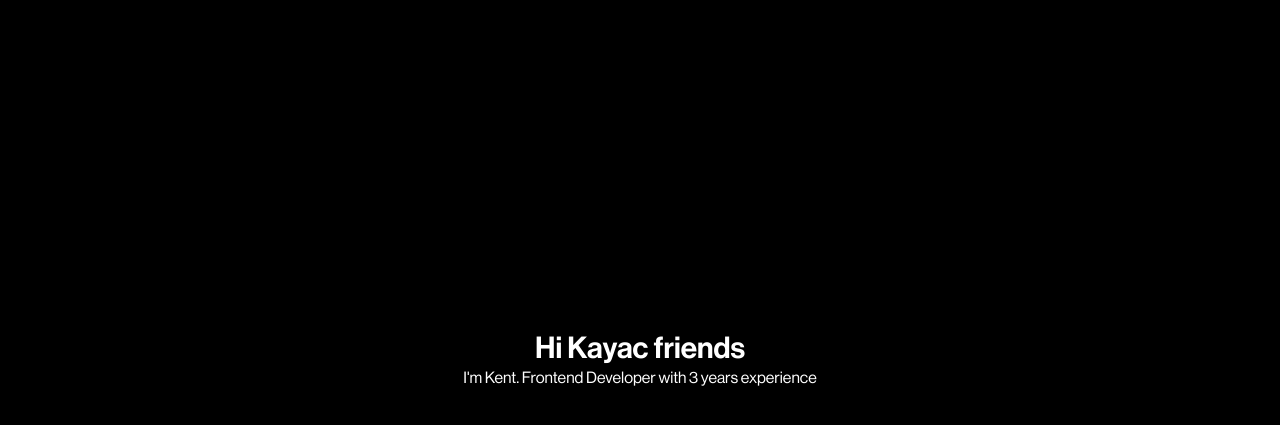
Repository: kentnathaniel/kayac-presentation
Page: /
These files come from the project's save history. The page is drawn as it stood at one moment and after the next save; the edit follows.
The browser window is 1280 px wide. The pictures show the whole page.
The project was rebuilt for these pictures with package versions that can differ from the ones it lists, and the page was loaded fresh each time. Also part of the build but not shown: vite.config.ts.

Above is the page before, as saved 2024-09-14 08:58:41.

After the next save:
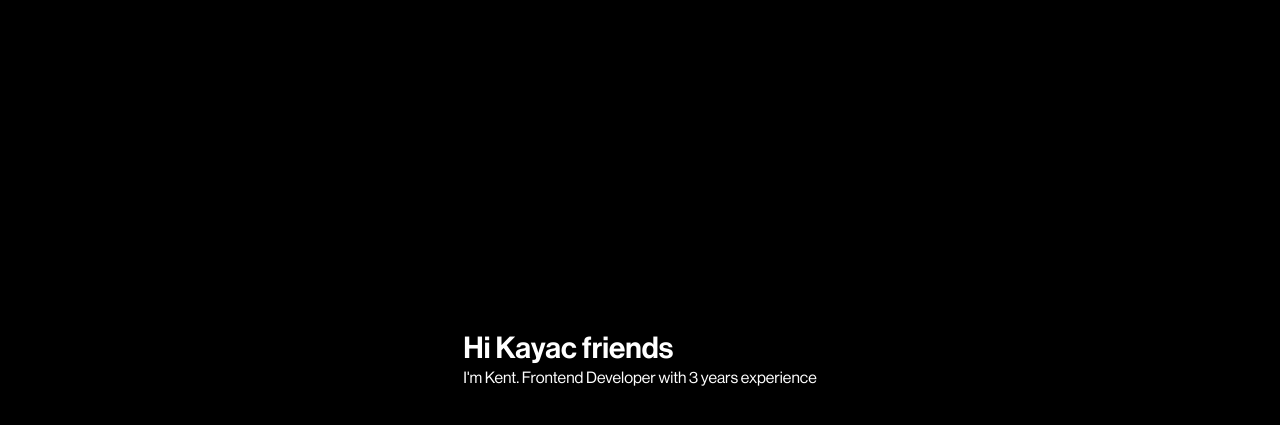
Saved 7 s later.
--- a/src/App.tsx
+++ b/src/App.tsx
@@ -1,10 +1,12 @@
 function App() {
   return (
     <div className="flex flex-col items-center justify-center w-screen min-h-screen">
-      <h1 className="text-3xl text-left">Hi Kayac friends</h1>
-      <p className="font-thin">
-        I'm Kent. Frontend Developer with 3 years experience
-      </p>
+      <div>
+        <h1 className="text-3xl text-left">Hi Kayac friends</h1>
+        <p className="font-thin">
+          I'm Kent. Frontend Developer with 3 years experience
+        </p>
+      </div>
     </div>
   );
 }
